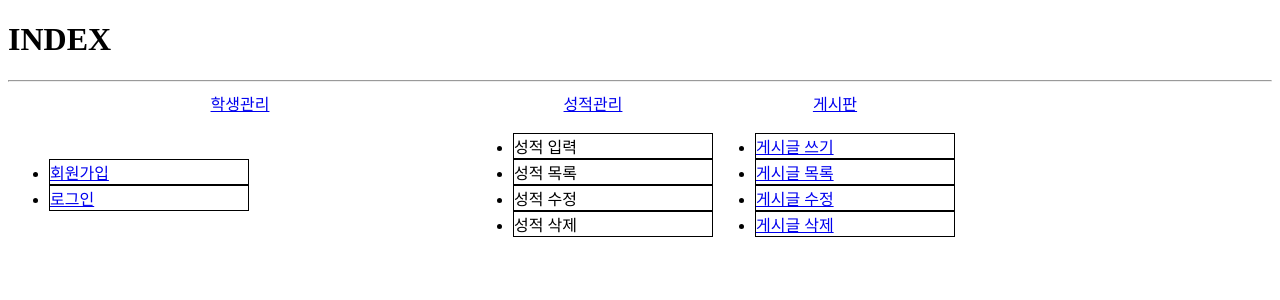
Repository: ByeonYJ/CSSTest
Page: GMSUI/WebContent/index.html
The author's editor kept a copy of each file at every save. The page is drawn from the files as they stood at one save, then again after the next save.
The browser window is 1280 px wide. The pictures show the whole page.

Above is the page before, as saved 2017-07-20 06:28:21.

After the next save:
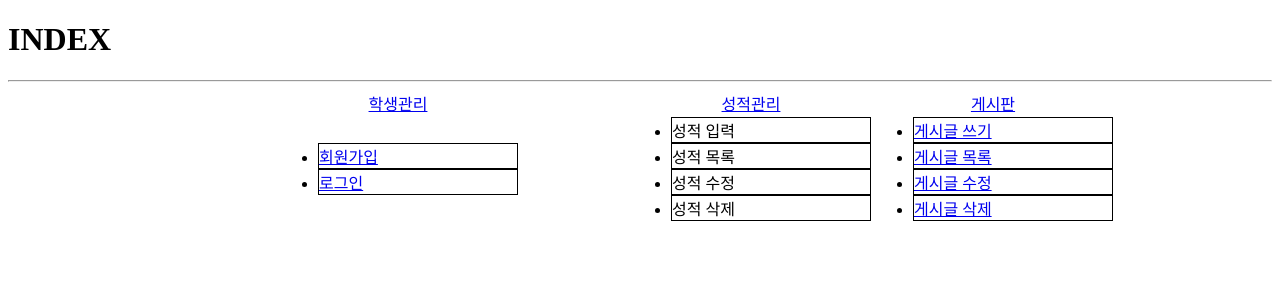
Saved 2 min 13 s later.
--- a/GMSUI/WebContent/css/common.css
+++ b/GMSUI/WebContent/css/common.css
@@ -8,3 +8,4 @@ table{border-collapse: collapse;}
 .gms-bgcolor-yellow{background-color:yellow;}
 .gms-bgcolor-red{background-color:red;}
 .gms-bgcolor-blue{background-color:blue;}
+.gms-margin-auto{margin:0 auto;}
